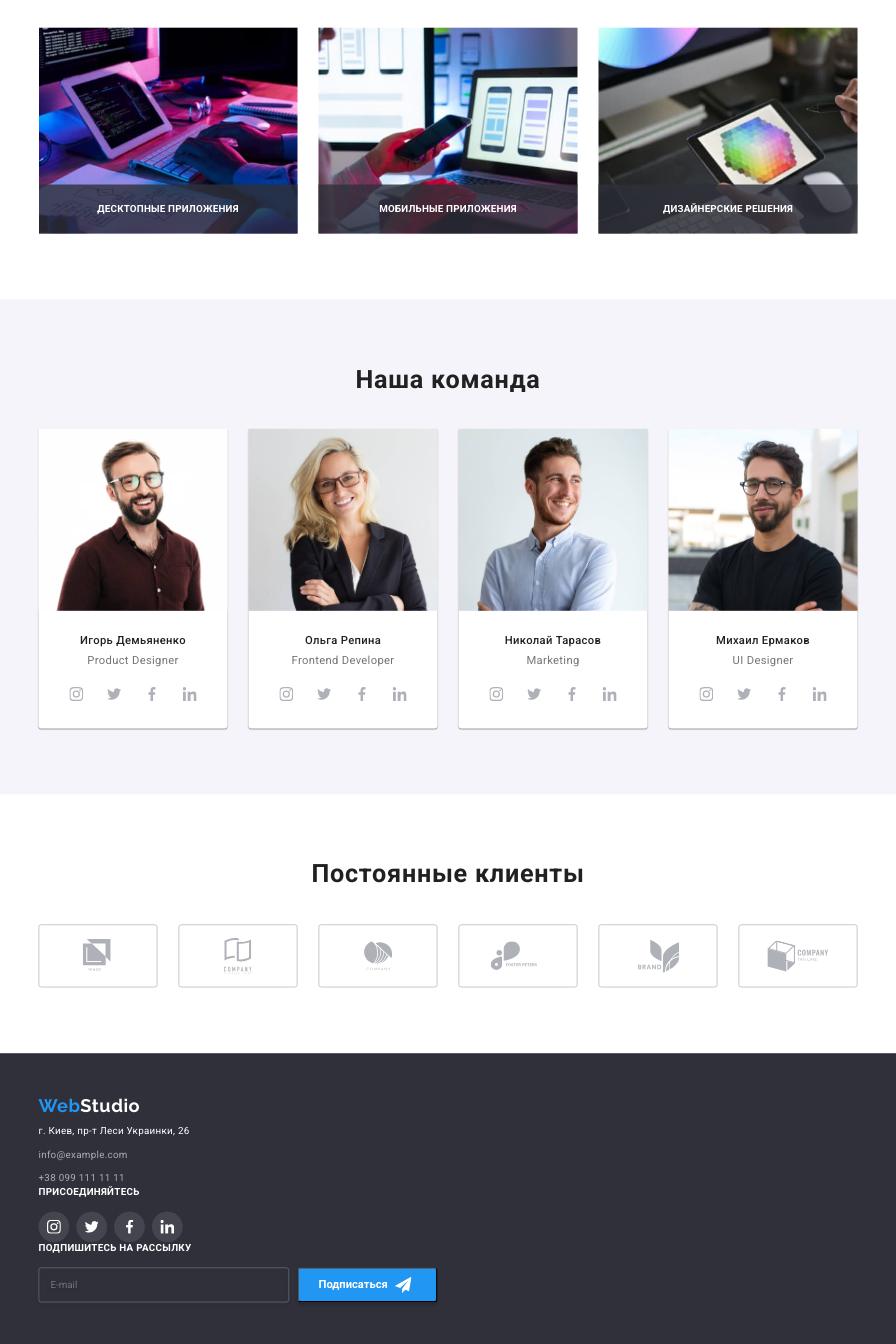
Repository: UliyaKucherernko/home-work-8
Page: index.html
An editor plug-in stored every save of this project. The page is shown before and after the next save, followed by the edit.
The browser window is 1280 px wide. The pictures show the part of the page from y = 1172 to 3092 px (the page is 3092 px tall before and 2926 px after), at 70% of full size.
Some web libraries are served in a nearby version. The style sheet was rebuilt from its Sass, Less or Tailwind sources for each picture, by a compiler version that may differ from the author's.

Above is the page before, as saved 2021-05-04 19:17:40.

After the next save:
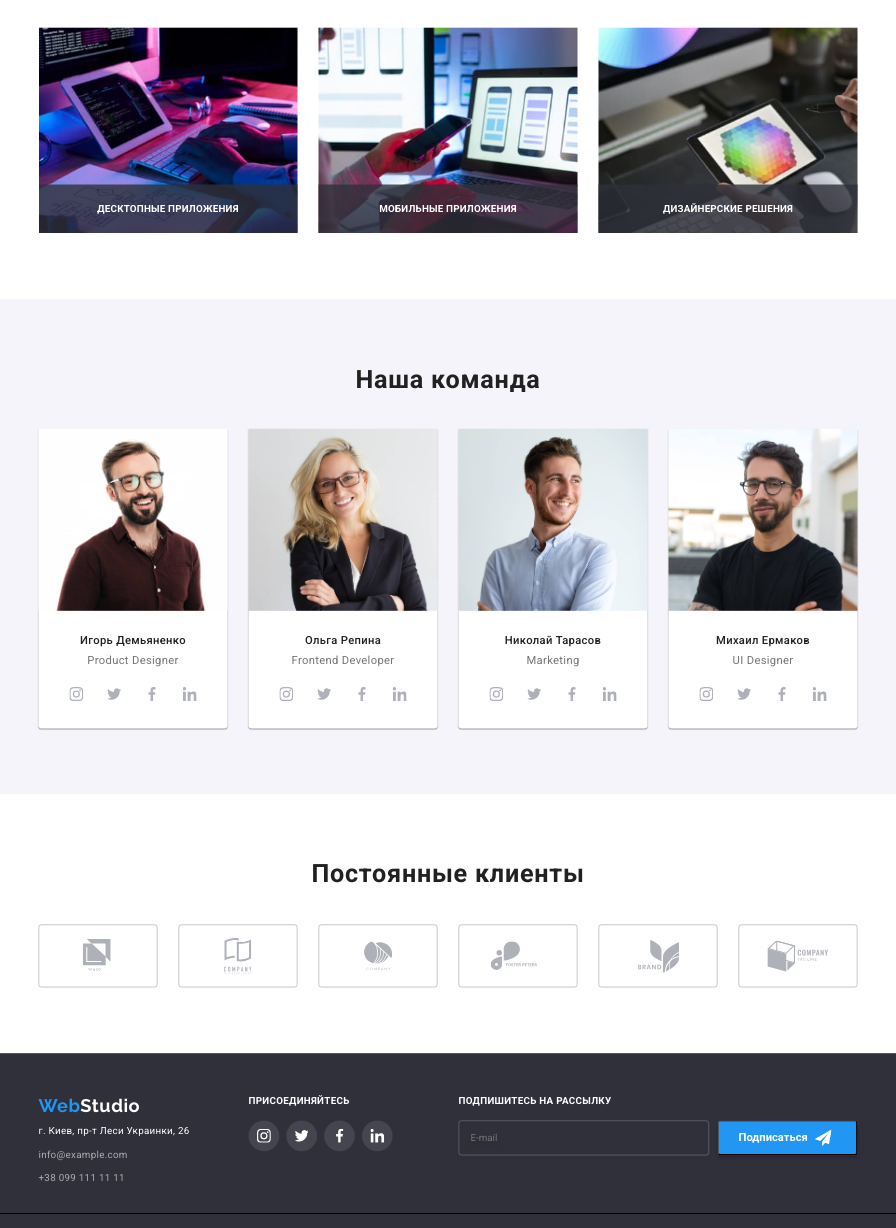
Saved 9 s later.
--- a/sass/base/_container.scss
+++ b/sass/base/_container.scss
@@ -6,3 +6,8 @@
   margin-left: auto;
   box-sizing: border-box;
 }
+
+.footer__container {
+  display: flex;
+  justify-content: space-between;
+}
